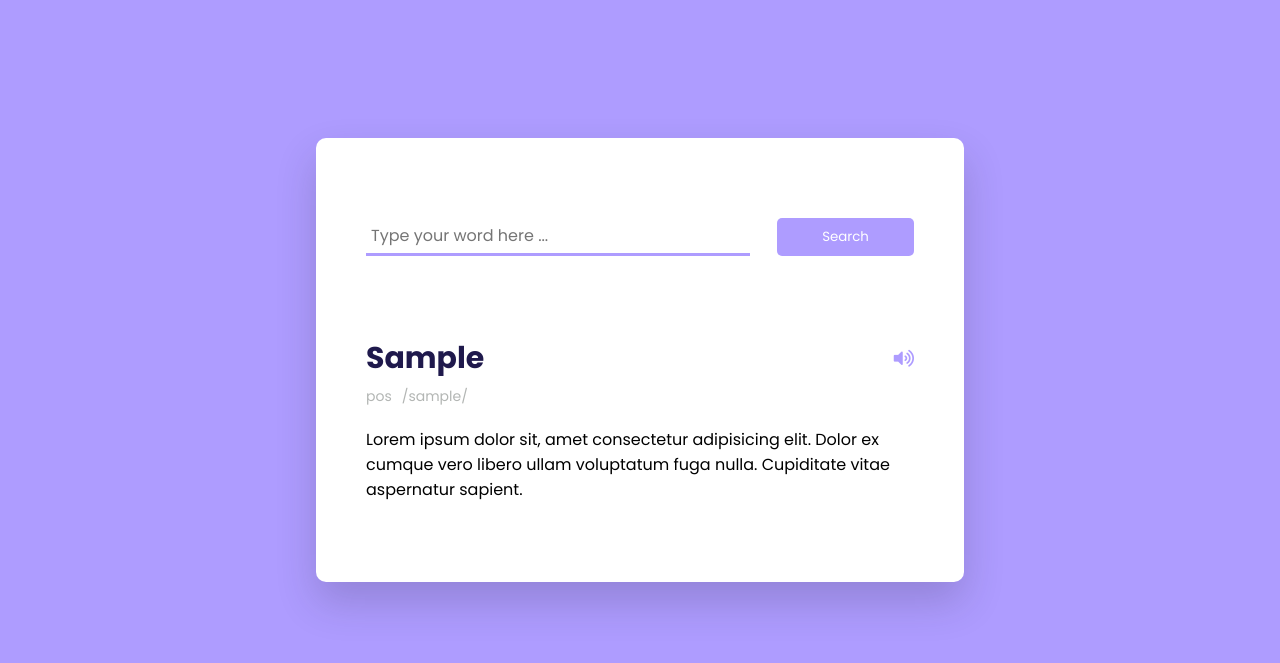
Repository: MohamedMostafaTaha/Translation_app
Page: index.html
The author's editor kept a copy of each file at every save. The page is drawn from the files as they stood at one save, then again after the next save.
The browser window is 1280 px wide. The pictures show the whole page.

Above is the page before, as saved 2023-09-16 18:27:43.

After the next save:
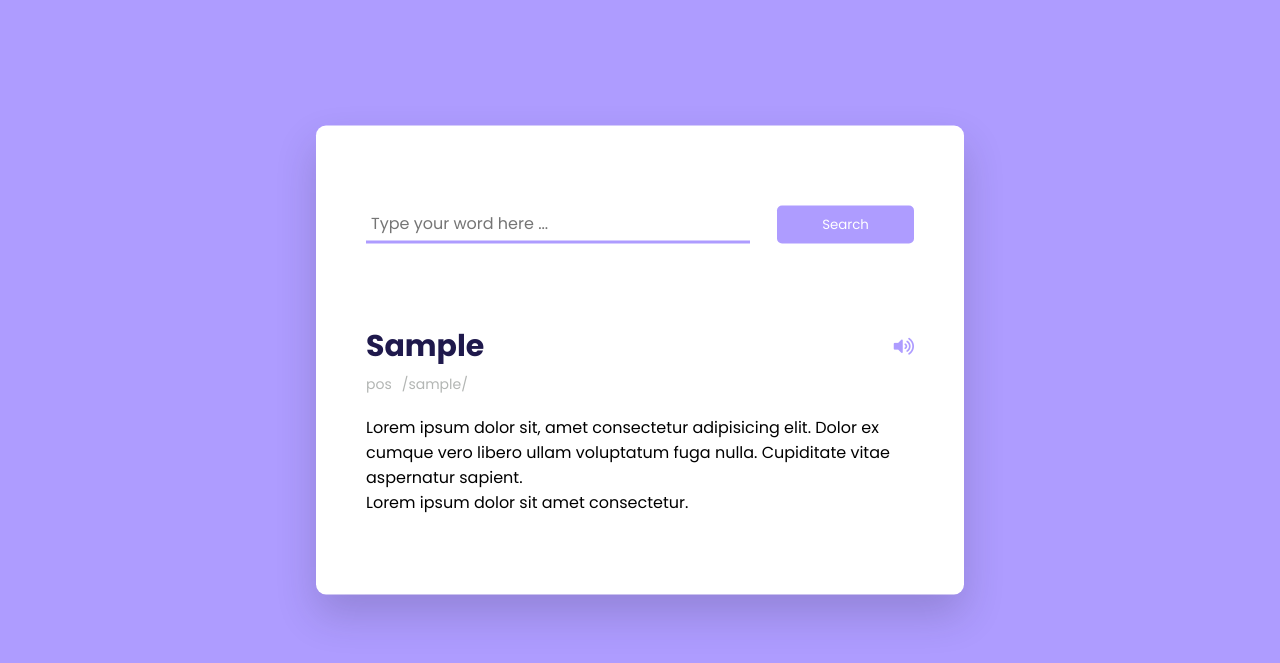
Saved 37 s later.
--- a/index.html
+++ b/index.html
@@ -44,6 +44,7 @@
           cumque vero libero ullam voluptatum fuga nulla. Cupiditate vitae
           aspernatur sapient.
         </p>
+        <p class="word-example">Lorem ipsum dolor sit amet consectetur.</p>
       </div>
     </div>
     <script src="main.js"></script>
